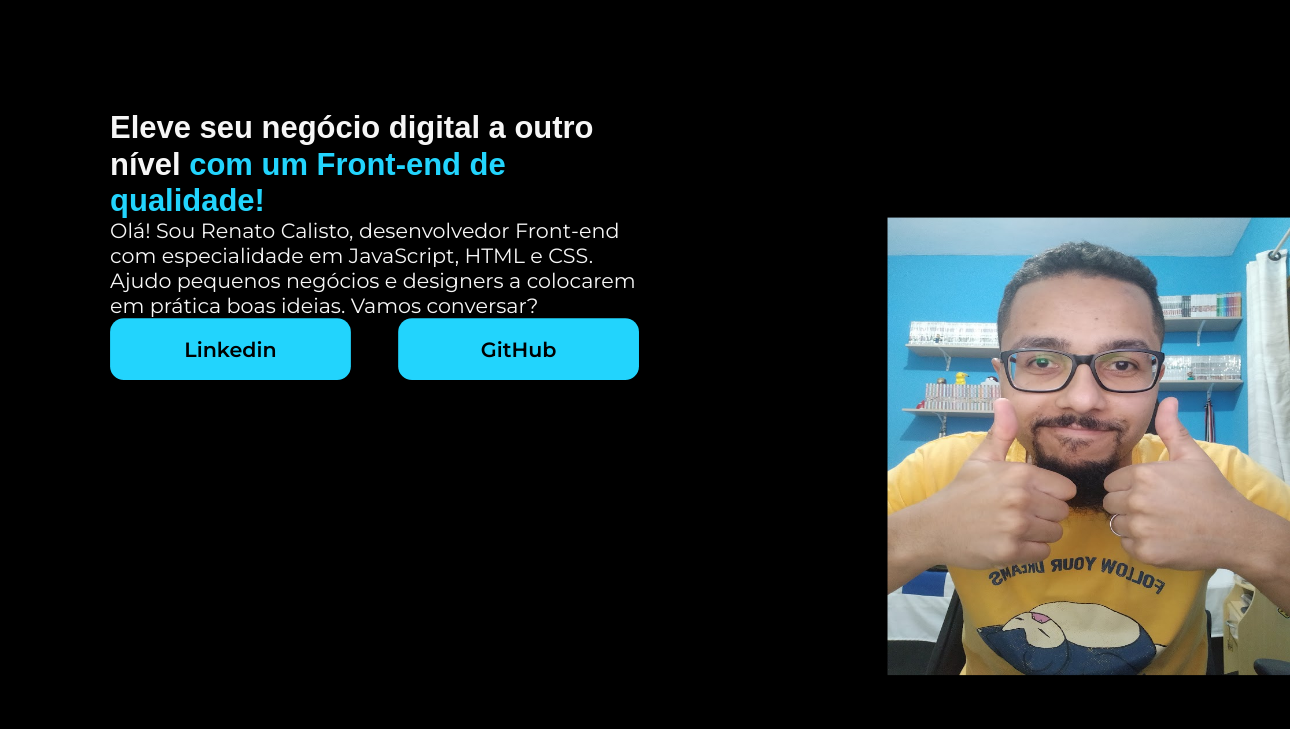
Repository: RenatoCCS/Portfolio_Alura
Page: index.html
These files come from the project's save history. The page is drawn as it stood at one moment and after the next save; the edit follows.
The browser window is 1280 px wide. The page is 1500 px wide, then 1384 px, so the pictures cover 1500 px, including what lies to the right of the window. The pictures show the whole page, at 86% of full size.
Some web fonts or font styles are not loaded; a fallback is used.

Above is the page before, as saved 2023-02-27 15:35:27.

After the next save:
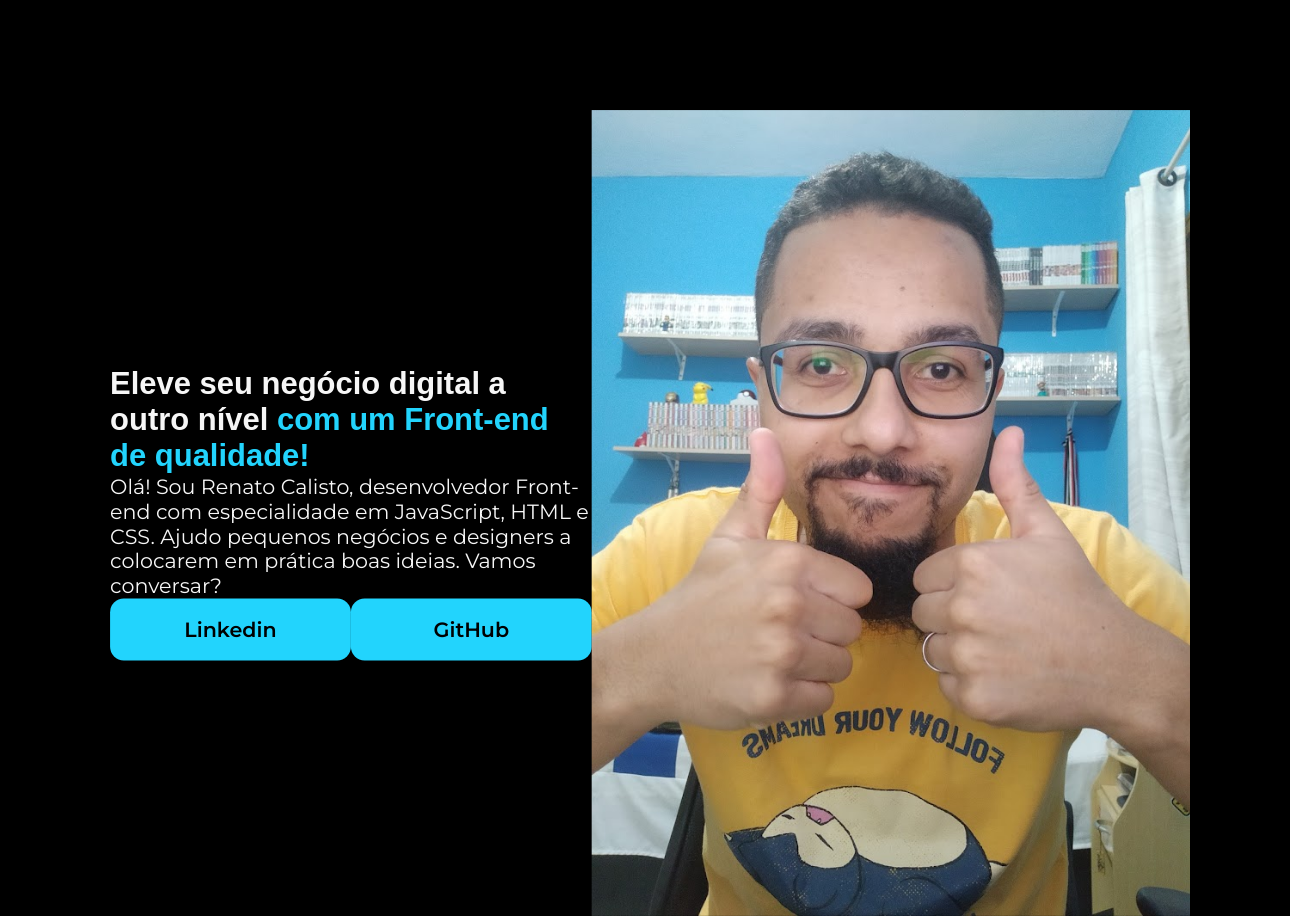
Saved 11 s later.
--- a/style.css
+++ b/style.css
@@ -55,10 +55,11 @@ body {
   font-family: 'Montserrat', sans-serif;
 }
 
-.apresentacao__foto {
+/*.apresentacao__foto {
   position: absolute;
   width: 467.71px;
   height: 532px;
   left: 1032px;
   top: 253px;
 }
+*/
